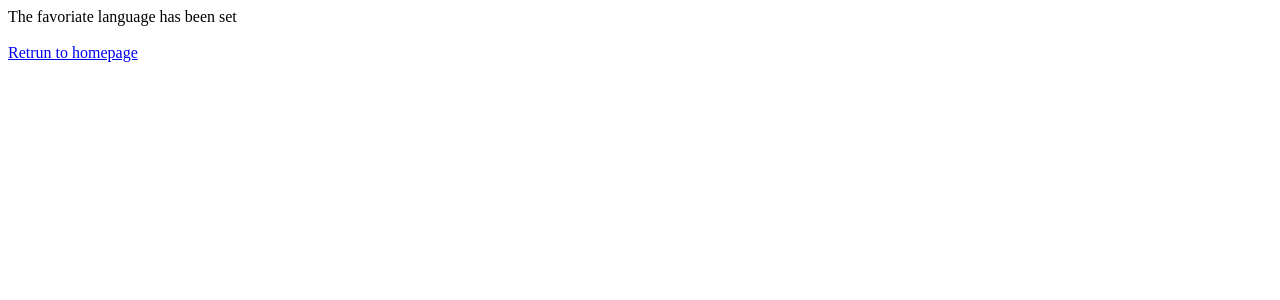
Repository: Kyle-Fang-15/JavaEE
Page: http://localhost/jspdemo/cookies-personalize-response.jsp
The author's editor kept a copy of each file at every save. The page is drawn from the files as they stood at one save, then again after the next save.
The browser window is 1280 px wide. The pictures show the whole page.
The page is served by Tomcat 9.

Above is the page before, as saved 2018-04-18 06:43:11.

After the next save:
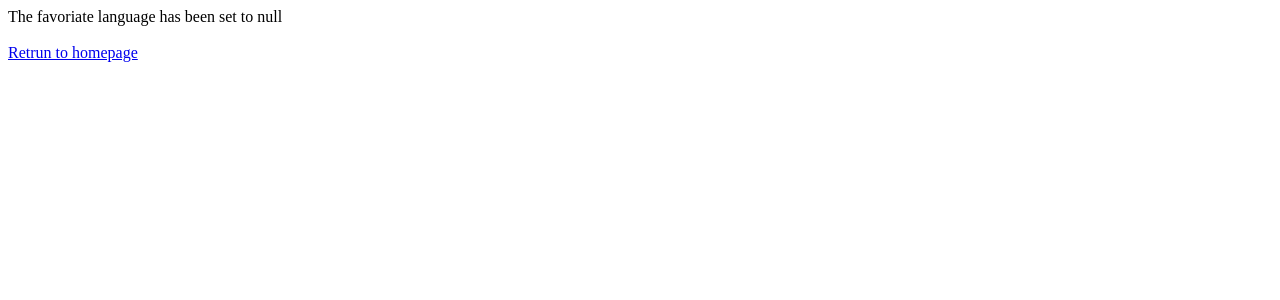
Saved 2 min 48 s later.
--- a/jspdemo/WebContent/cookies-personalize-response.jsp
+++ b/jspdemo/WebContent/cookies-personalize-response.jsp
@@ -16,7 +16,7 @@ response.addCookie(theCookie);
 %>
 <body>
 
-The favoriate language has been set
+The favoriate language has been set to <%=theCookie.getValue() %>
 <br />
 <br />
 
